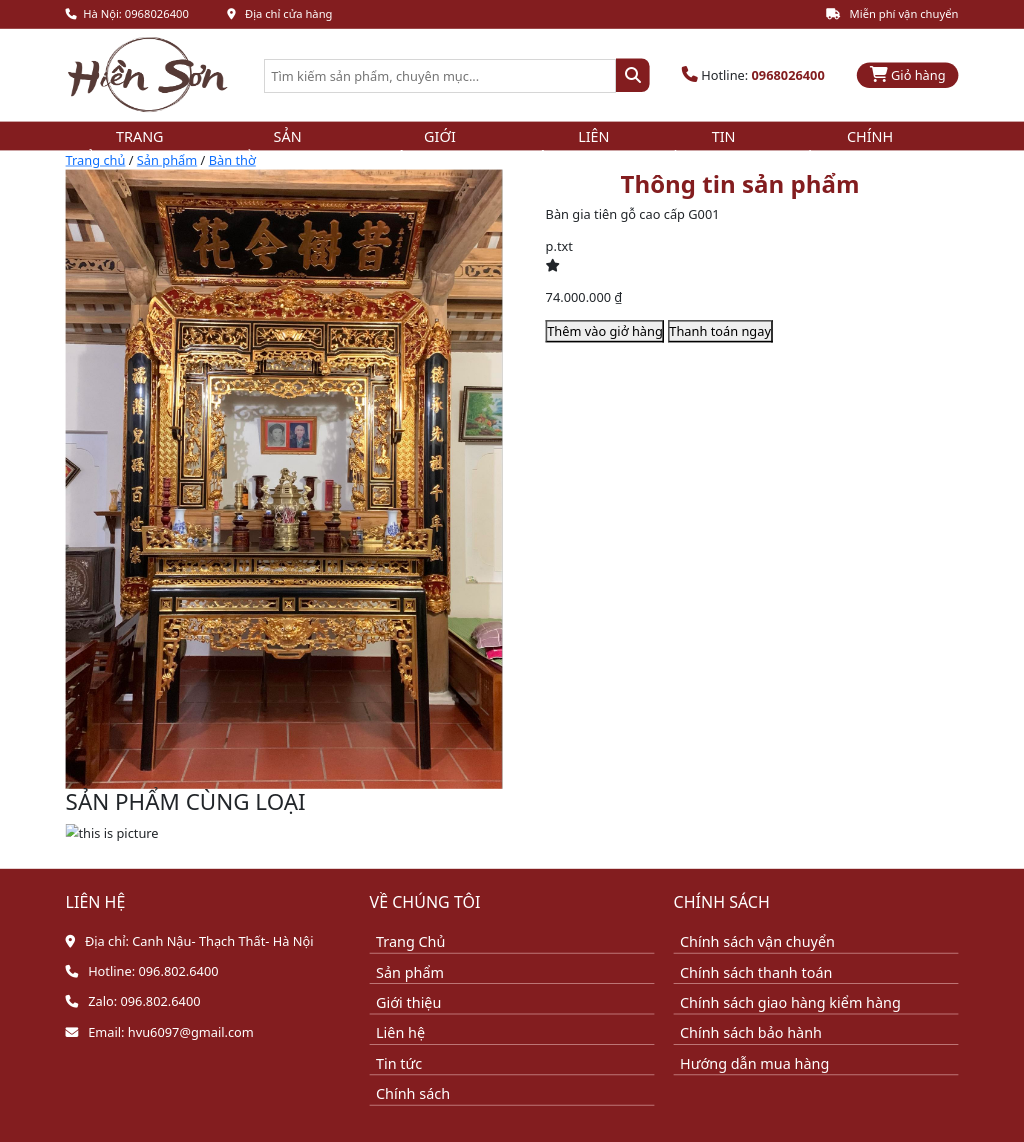
Repository: hoang28092000/do_go_hien_son
Page: product_details/ban_tho-g001.html
These files come from the project's save history. The page is drawn as it stood at one moment and after the next save; the edit follows.
The browser window is 1280 px wide. The pictures show the whole page, at 80% of full size.
Some web libraries are served in a nearby version.

Above is the page before, as saved 2024-08-10 20:06:22.

After the next save:
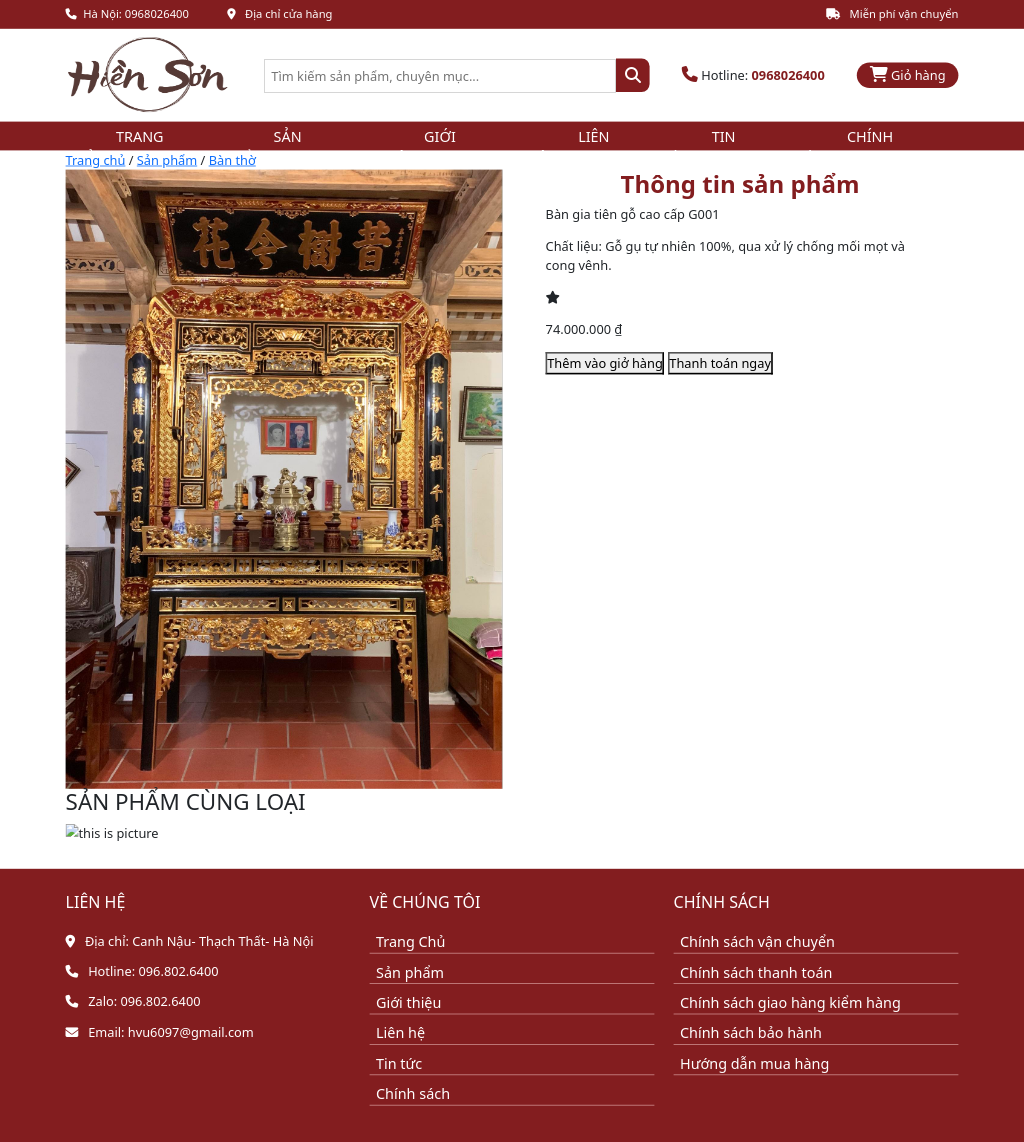
Saved 4 s later.
--- a/product_details/ban_tho-g001.html
+++ b/product_details/ban_tho-g001.html
@@ -91,7 +91,9 @@
                                 <p class="heading-pd">
                                     Bàn gia tiên gỗ cao cấp G001
                                 </p>
-                                p.txt
+                                <p class="txt-pd">
+                                    Chất liệu: Gỗ gụ tự nhiên 100%, qua xử lý chống mối mọt và cong vênh.
+                                </p>
                             </d>
                             <p class="evaluate">
                                 <i class="fa-solid fa-star icon-star"></i>
